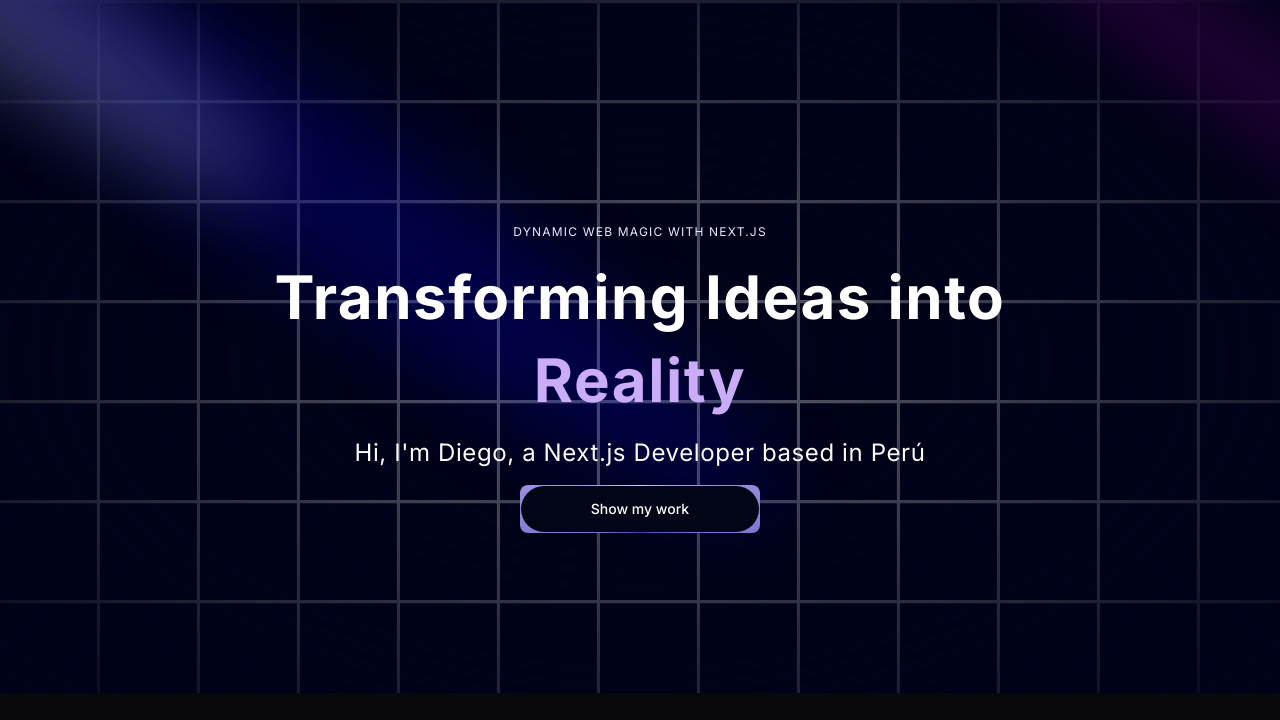
Repository: drsamame/portfolio.next
Page: /
The author's editor kept a copy of each file at every save. The page is drawn from the files as they stood at one save, then again after the next save.
The browser window is 1280 px wide. The pictures show the whole page.
The project was rebuilt for these pictures with package versions that can differ from the ones it lists, and the page was loaded fresh each time. The framework's server and built-in components were replaced by stand-ins that run in the browser. Also part of the build but not shown: next.config.mjs.

Above is the page before, as saved 2024-07-02 17:57:44.

After the next save:
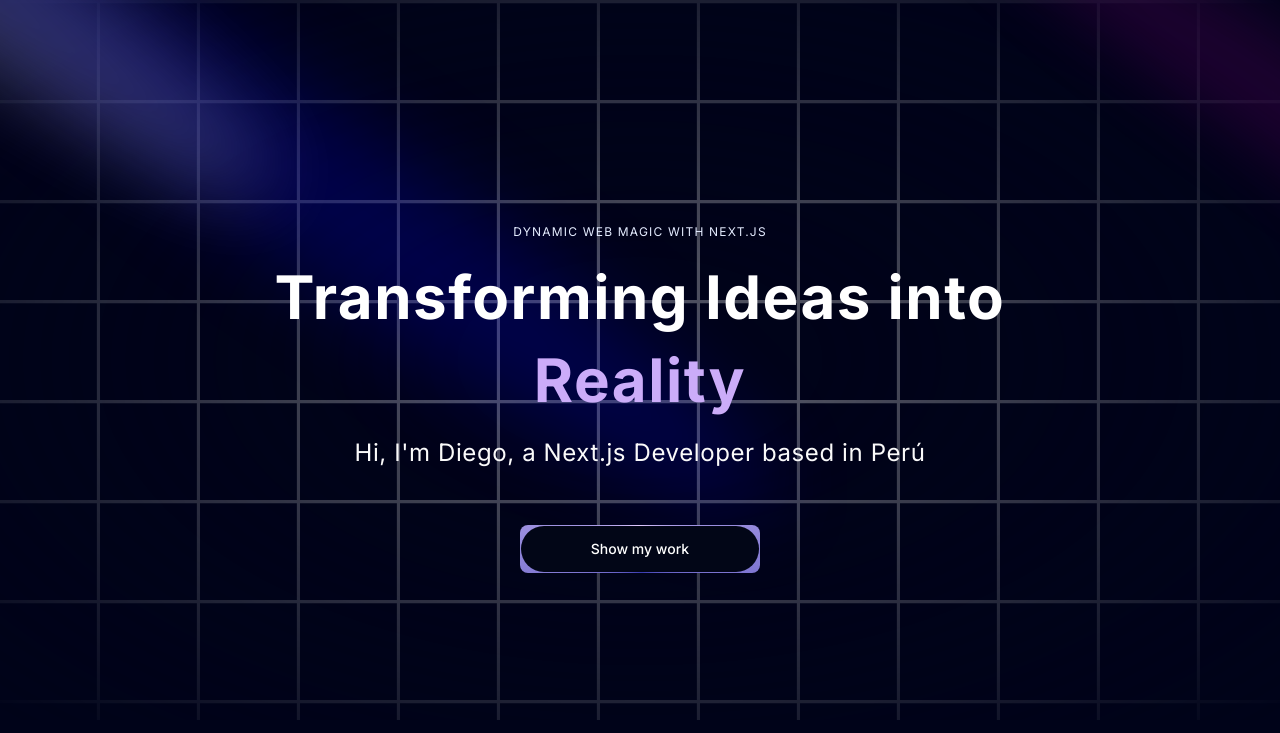
Saved 13 s later.
--- a/components/ui/MagicButton.tsx
+++ b/components/ui/MagicButton.tsx
@@ -2,7 +2,7 @@
 
 function MagicButton({ title, icon, position, handleClick, otherClases }: { title: string; icon: string; position: string; handleClick: () => void; otherClases?: string }) {
 	return (
-		<button className="relative inline-flex h-12 overflow-hidden rounded-lg p-[1px] focus:outline-none md:w-60">
+		<button className="relative inline-flex h-12 overflow-hidden rounded-lg p-[1px] focus:outline-none md:w-60 md:mt-10">
 			<span className="absolute inset-[-1000%] animate-[spin_2s_linear_infinite] bg-[conic-gradient(from_90deg_at_50%_50%,#E2CBFF_0%,#393BB2_50%,#E2CBFF_100%)]" />
 			<span className="inline-flex h-full w-full cursor-pointer items-center justify-center rounded-full bg-slate-950 px-3 py-1 text-sm font-medium text-white backdrop-blur-3xl">
 				{title}
